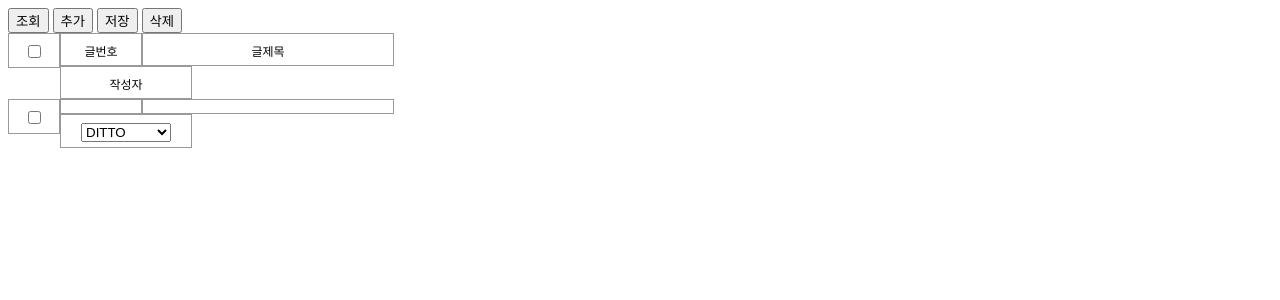
Repository: SniperDitto/save
Page: http://localhost/SpringBoard/html/boards.jsp
The author's editor kept a copy of each file at every save. The page is drawn from the files as they stood at one save, then again after the next save.
The browser window is 1280 px wide. The pictures show the whole page.
The page is served by Tomcat 9.

Above is the page before, as saved 2022-05-26 00:27:52.

After the next save:
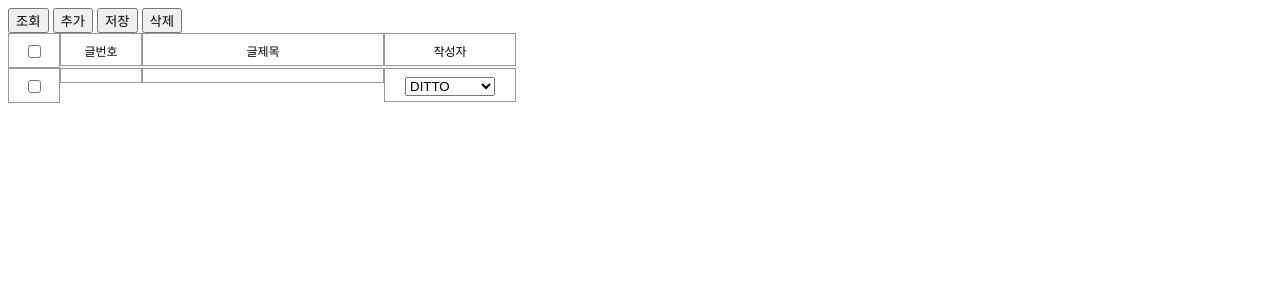
Saved 10 s later.
--- a/2022JAVA_YSH 1/JAVA/SpringBoard/SpringBoard/src/main/webapp/html/boards.jsp
+++ b/2022JAVA_YSH 1/JAVA/SpringBoard/SpringBoard/src/main/webapp/html/boards.jsp
@@ -32,7 +32,7 @@
 		float:left;
 	}
 	.col3{
-		width:250px;
+		width:240px;
 		font-size:12px;
 		text-align:center;
 		padding:8px 0px 5px 0px;
